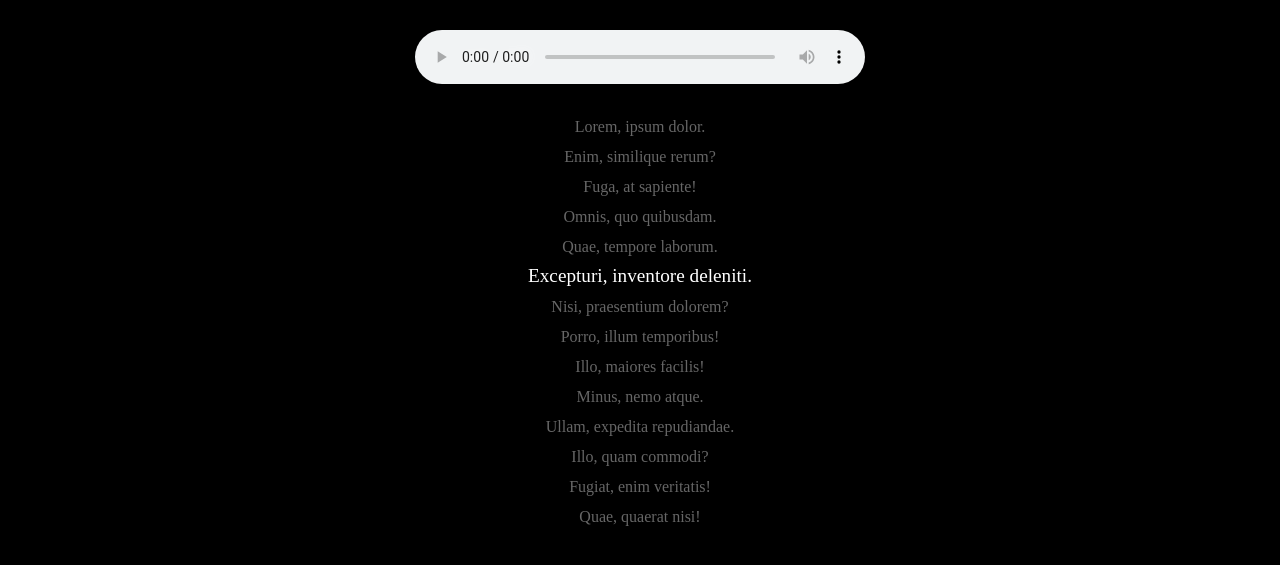
Repository: zhaojunyan9528/music-scroll
Page: index.html
The author's editor kept a copy of each file at every save. The page is drawn from the files as they stood at one save, then again after the next save.
The browser window is 1280 px wide. The pictures show the whole page.

Above is the page before, as saved 2023-11-23 13:50:29.

After the next save:
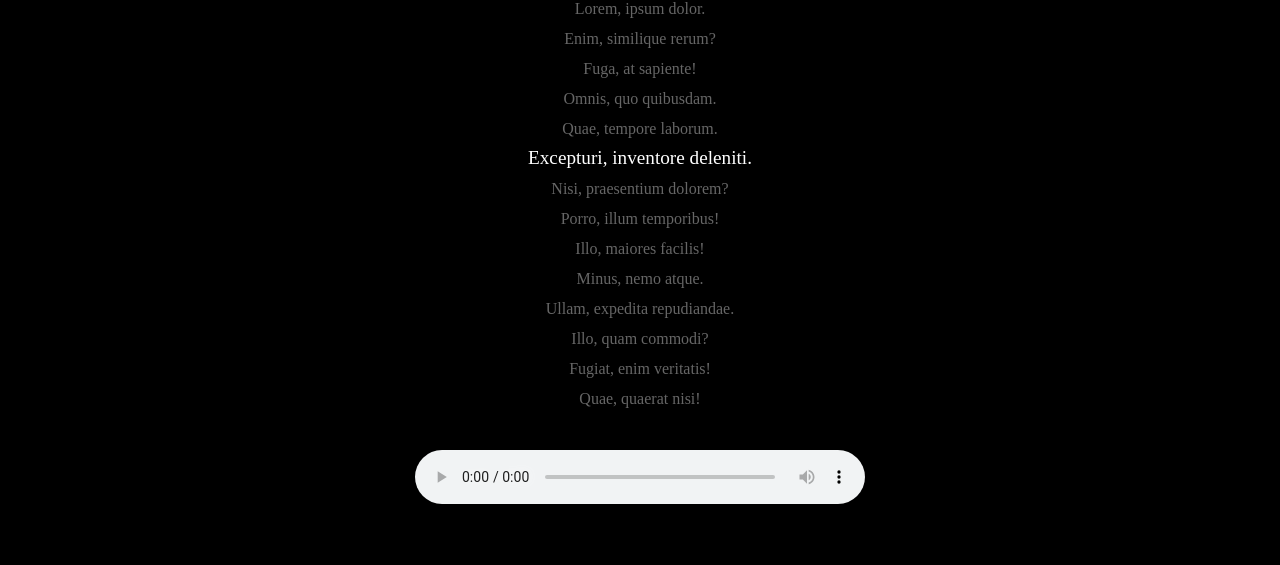
Saved 103 s later.
--- a/index.html
+++ b/index.html
@@ -7,7 +7,6 @@
   <link rel="stylesheet" href="./css/index.css">
 </head>
 <body>
-  <audio src="./assets/music.mp3" controls></audio>
   <div class="container">
     <ul class="lrc-list">
       <li>Lorem, ipsum dolor.</li>
@@ -42,6 +41,8 @@
       <li>Temporibus, dicta aut!</li>
     </ul>
   </div>
+  <audio src="./assets/music.mp3" controls></audio>
+
   <script src="./js/data.js"></script>
   <script src="./js/index.js"></script>
 </body>

After the save that followed:
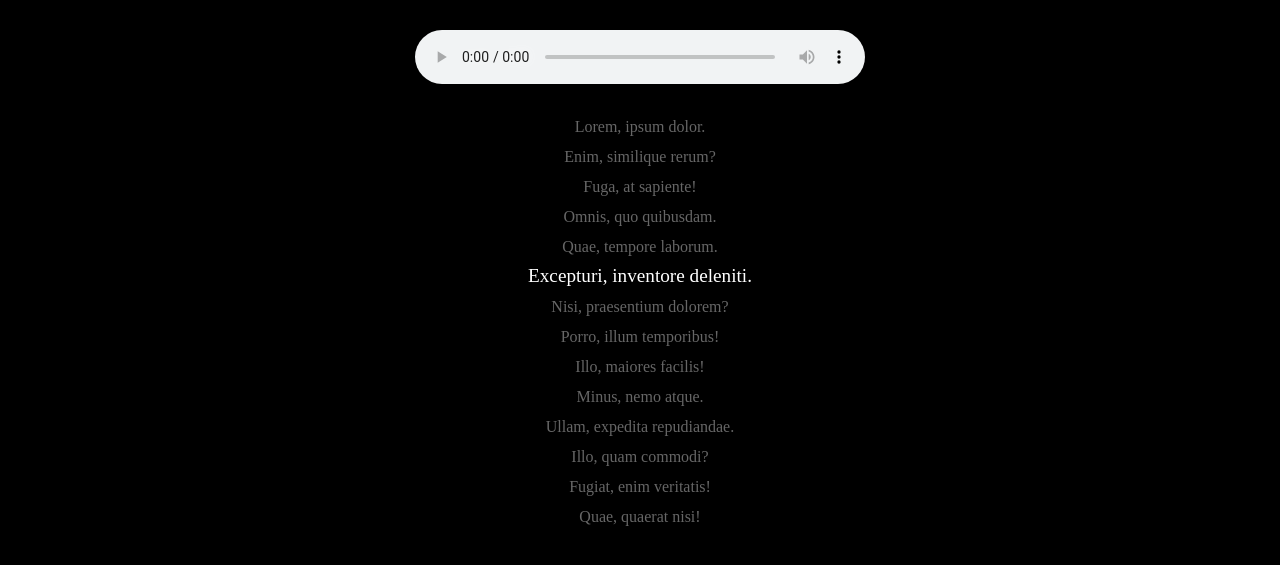
Saved 13 s later.
--- a/index.html
+++ b/index.html
@@ -7,6 +7,7 @@
   <link rel="stylesheet" href="./css/index.css">
 </head>
 <body>
+  <audio src="./assets/music.mp3" controls></audio>
   <div class="container">
     <ul class="lrc-list">
       <li>Lorem, ipsum dolor.</li>
@@ -41,8 +42,6 @@
       <li>Temporibus, dicta aut!</li>
     </ul>
   </div>
-  <audio src="./assets/music.mp3" controls></audio>
-
   <script src="./js/data.js"></script>
   <script src="./js/index.js"></script>
 </body>
